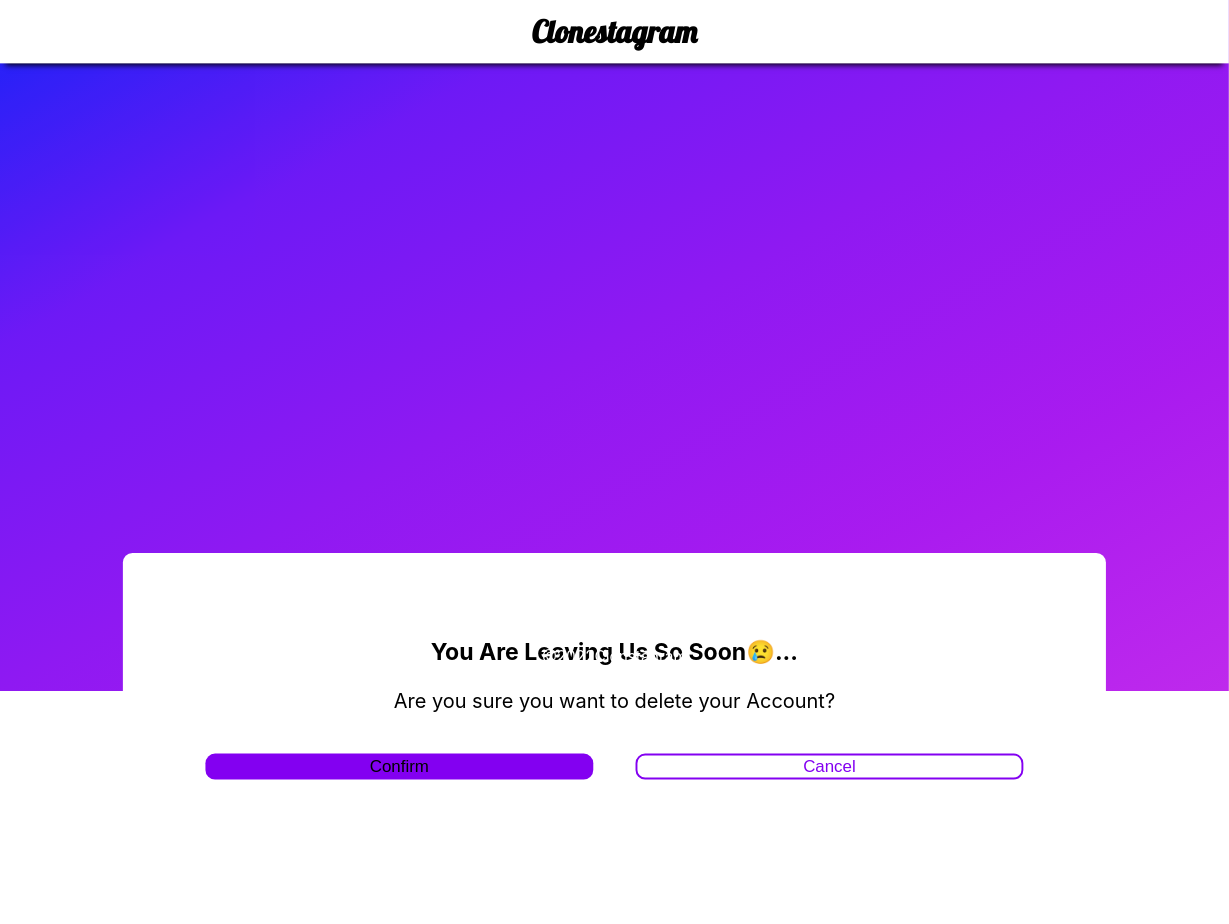
Repository: MikeMoore55/clonestagram
Page: /delaccount
An editor plug-in stored every save of this project. The page is shown before and after the next save, followed by the edit.
The browser window is 1280 px wide. The pictures show the whole page, at 96% of full size.
The page's requests for data from a server got no answer. The project was rebuilt for these pictures with package versions that can differ from the ones it lists, and the page was loaded fresh each time. The framework's server and built-in components were replaced by stand-ins that run in the browser. No one was signed in, and anything a server would have sent is missing. Also part of the build but not shown: next.config.js.

Above is the page before, as saved 2022-11-24 09:14:31.

### pages/_app.jsx
import Layout from '../components/Layout/Layout';
import '../styles/globals.css';

export default function MyApp({ Component, pageProps }) {
  return (
    <Layout>
      <Component {...pageProps} />
    </Layout>
  );
};

### pages/delaccount.jsx
import React from 'react';
import Link from 'next/link';
import Router,{useRouter} from 'next/router';
import { SupaBaseDB } from '../utils/dbconnect';
import { parseCookies } from '../helpers/cookie';
import styles from '../styles/DelAccount.module.css';
import Footer from '../components/Layout/Footer'

export default function DelAccount( { data } ) {
    const router = useRouter();
    const id = [data];
    function extractId(arr, prop) {
        const extractedValue = arr.map(item => item[prop]);
        return extractedValue;
    }

    const cookieId = extractId(id, 'user');
    const userId = cookieId.toString();

    console.log(userId);

    const delAccount = async () => {

        // delete the account of user
        const account = await SupaBaseDB
            .from("account")
            .delete()
            .eq("account_id", userId);

        // delete all the posts of user too
        const posts = await SupaBaseDB
            .from("posts")
            .delete()
            .eq("user_id", userId);

        if (account.error) {
            console.log(account.error['message']);
        }
        else if (posts.error) {
            console.log(posts.error["message"]);
        }
        else {
            console.log('account deleted successfully');
            router
                .push({
                    pathname: '/', // when successful take to the feed page
                });
        }
    }

    return (
        <div className={styles.container}>
            <div className={styles.block}>
                <h3 className={styles.heading1}>You Are Leaving Us So Soon😢...</h3>
                <p className={styles.text}>Are you sure you want to delete your Account?</p>
                <div className={styles.btnContainer}>
                    <button className={styles.confirm} onClick={() => delAccount()}>Confirm</button>
                    <button className={styles.cancel}><Link href={'/home'}>Cancel</Link></button>
                </div>
            </div>
            {/* for a cool background effect */}
            <div className={styles.backgroundFeature}>
                1
            </div>
            <Footer/>
        </div>
    );
};

export async function getServerSideProps({ req, res }) {
    const data = parseCookies(req);

    if (res) {
        if (Object.keys(data).length === 0 && data.constructor === Object) {
            res.writeHead(301, { Location: "/signin" });
            res.end();
        }
    }

    return {
        props: {
            data: data && data,
        }
    };
};

// del from supabase
// take to index page

### components/Layout/Layout.jsx
import React from 'react';
import Header from './Header';

// layout across app
export default function Layout({children}) {
  return (
    <div id='Layout'>
      <Header />
      {children}
    </div>
  );
};

### styles/globals.css
html,
body {
  padding: 0;
  margin: 0;
  font-family: -apple-system, BlinkMacSystemFont, Segoe UI, Roboto, Oxygen,
    Ubuntu, Cantarell, Fira Sans, Droid Sans, Helvetica Neue, sans-serif;
}

a {
  color: inherit;
  text-decoration: none;
}

* {
  box-sizing: border-box;
}

@media (prefers-color-scheme: dark) {
  html {
    color-scheme: dark;
  }

  body {
    color: black;
    background: rgb(234, 233, 233);
  }
}

### utils/dbconnect.js
import { createClient } from "@supabase/supabase-js";

const supabaseUrl = process.env.NEXT_PUBLIC_SUPABASE_URL;
const supabaseApi = process.env.NEXT_PUBLIC_SUPABASE_API_KEY;

export const SupaBaseDB = createClient(supabaseUrl, supabaseApi);

### helpers/cookie.js
import cookie from "cookie";

export function parseCookies(req) {
    return cookie.parse(req ? req.headers.cookie || "" : document.cookie)
}

### styles/DelAccount.module.css
.container {
    position: relative;
    width: 100%;
    padding-top: 25%;
}

.block {
    position: relative;
    width: 80%;
    margin: 20% 10% 5% 10%;
    text-align: center;
    background-color: white;
    border-radius: 10px;
    padding: 5% 5% 5% 5%;
}

.heading1 {
    position: relative;
    font-size: 1.5em;
}

.text {
    position: relative;
    font-size: 1.3em;
}

.btnContainer {
    position: relative;
    display: grid;
    grid-template-columns: 50% 50%;
}

.cancel {
    position: relative;
    width: 90%;
    margin: 5%;
    border: #8300f1 solid 2px;
    color: #8300f1;
    font-size: 1.1em;
    font-weight: 400;
    border-radius: 10px;
    background-color: white;
}

.confirm {
    position: relative;
    width: 90%;
    margin: 5%;
    background-color: #8300f1;
    border: none;
    border-radius: 10px;
    font-size: 1.1em;
    font-weight: 400;
}

.backgroundFeature {
    position: fixed;
    color: transparent;
    background-image: linear-gradient(to right bottom, #000bf8, #5e00f5, #8300f1, #a002ee, #b812eb);
    width: 100%;
    height: 100%;
    bottom: 0%;
    right: 0%;
    top: 0%;
    left: 0%;
    z-index: -1;
    opacity: 0.9;
}

@media (min-width: 490px) {
    .container {
        position: relative;
        width: 100%;
        padding-top: 25%;
    }

    .block {
        position: relative;
        width: 80%;
        margin: 20% 10% 5% 10%;
        text-align: center;
        background-color: white;
        border-radius: 10px;
        padding: 5% 5% 5% 5%;
    }

    .heading1 {
        position: relative;
        font-size: 1.5em;
    }

    .text {
        position: relative;
        font-size: 1.3em;
    }

    .btnContainer {
        position: relative;
        display: grid;
        grid-template-columns: 50% 50%;
    }

    .cancel {
        position: relative;
        width: 90%;
        margin: 5%;
        border: #8300f1 solid 2px;
        color: #8300f1;
        font-size: 1.1em;
        font-weight: 400;
        border-radius: 10px;
        background-color: white;
    }

    .confirm {
        position: relative;
        width: 90%;
        margin: 5%;
        background-color: #8300f1;
        border: none;
        border-radius: 10px;
        font-size: 1.1em;
        font-weight: 400;
    }

    .backgroundFeature {
        position: fixed;
        color: transparent;
        background-image: linear-gradient(to right bottom, #000bf8, #5e00f5, #8300f1, #a002ee, #b812eb);
        width: 100%;
        height: 100%;
        bottom: 0%;
        right: 0%;
        top: 0%;
        left: 0%;
        z-index: -1;
        opacity: 0.9;
    }
}

@media (min-width: 1000px) {}

### components/Layout/Footer.jsx
import React from 'react';
import styles from '../../styles/Footer.module.css';

export default function Footer() {
    return (
        <footer className={styles.footer}>
            @2022Clonstagram
        </footer>
    );
};

### components/Layout/Header.jsx
import React from 'react';
import styles from '../../styles/Header.module.css';

export default function Header() {
    return (
        <header className={styles.header}>
            <h1>Clonestagram</h1>
        </header>
    );
};

### styles/Footer.module.css
.footer {
    position: fixed;
    bottom: 0%;
    left: 0%;
    right: 0%;
    width: 100%;
    text-align: center;
    color: white;
    padding: 2%;
}

@media (min-width: 490px) {
    .footer {
        font-size: 1.7em;
    }
}

@media (min-width: 1000px) {
    .footer {
        font-size: 1em;
    }
}

### styles/Header.module.css
@font-face {
    font-family: 'Lobster';
    src: url(../assets/Lobster/Lobster-Regular.ttf);
}

.header {
    position: fixed;
    top: 0%;
    left: 0%;
    right: 0%;
    width: 100%;
    text-align: center;
    background-color: white;
    box-shadow: 0 8px 6px -6px black;
    z-index: 5;
    margin: 0%;
    padding: 3.5%;
}

.header h1 {
    margin: 0%;
    padding: 0%;
    font-family: 'Lobster', cursive;
    color: black;
    font-weight: 800;
}


@media (min-width: 490px) {
    .header {
        padding: 3%;
    }

    .header h1 {
        font-size: 2.7em;
    }
}

@media (min-width: 1000px) {
    .header {
        padding: 1%;
    }

    .header h1 {
        font-size: 2em;
    }
}

After the next save:
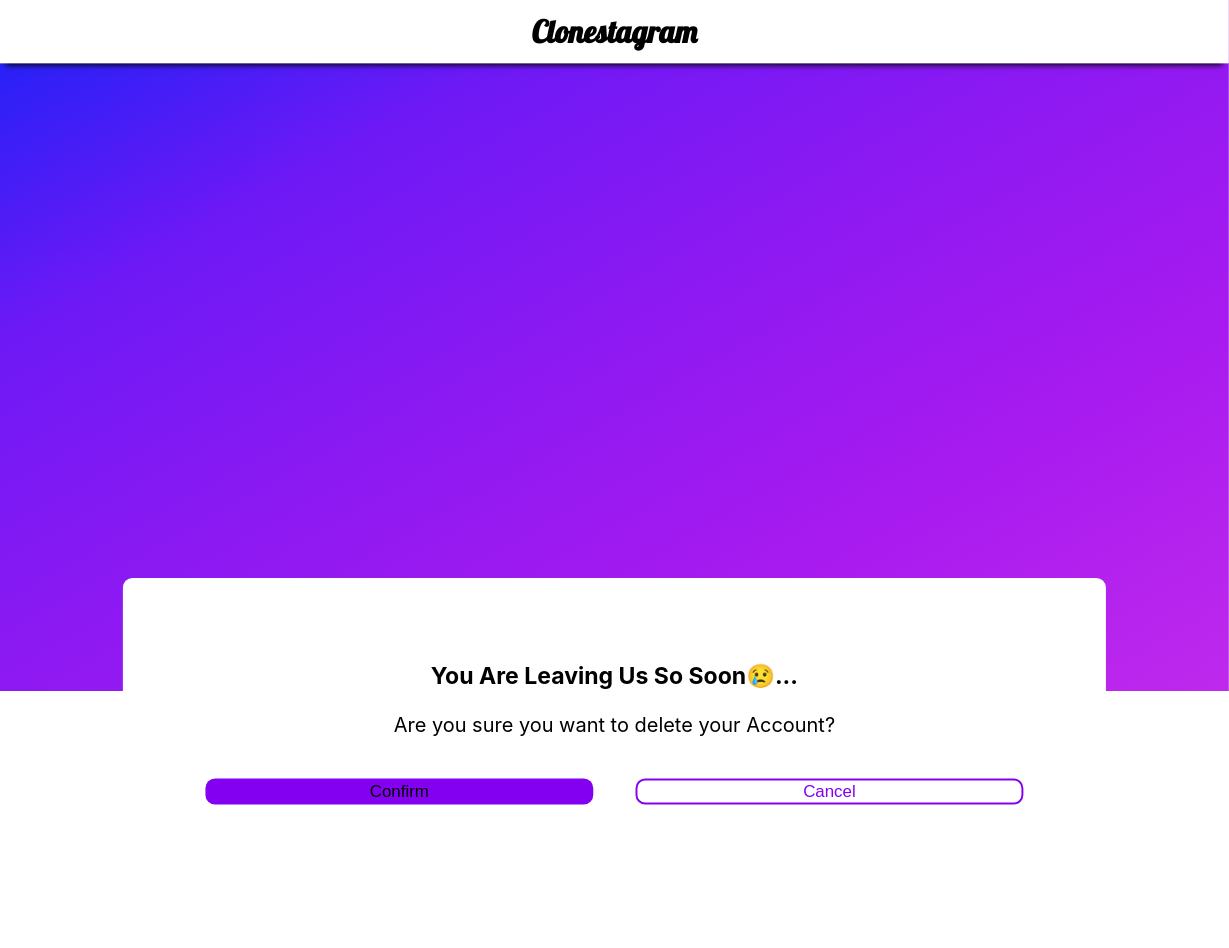
Saved 48 s later.
--- a/styles/DelAccount.module.css
+++ b/styles/DelAccount.module.css
@@ -69,9 +69,7 @@
 
 @media (min-width: 490px) {
     .container {
-        position: relative;
-        width: 100%;
-        padding-top: 25%;
+        padding-top: 27%;
     }
 
     .block {
